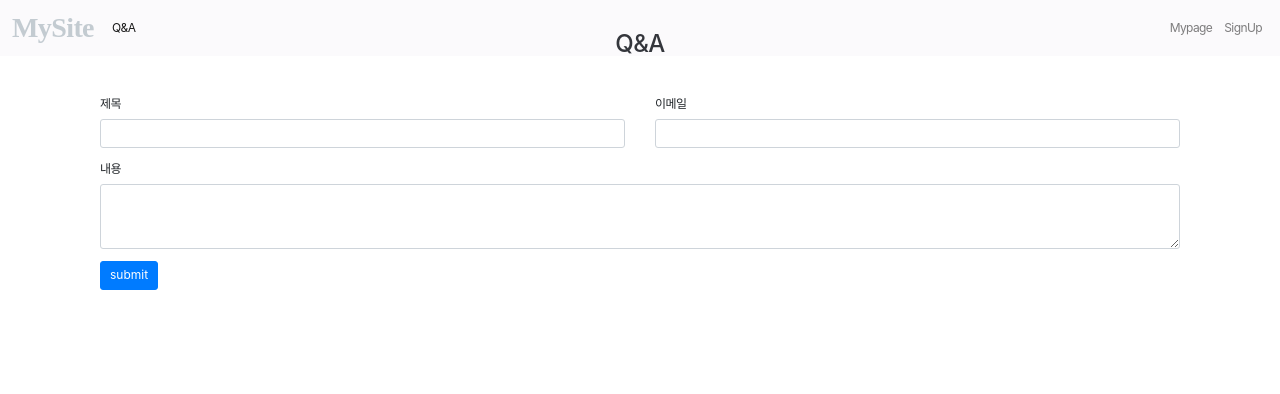
Repository: JungSWon/Project
Page: http://localhost/qna
The author's editor kept a record of every edit. The page is drawn from the files as they stood at one moment, then again after the next edit.
The browser window is 1280 px wide. The pictures show the whole page.
Some web fonts or font styles are not loaded; a fallback is used. The page is served by the project's application, run on Django 2.2 (pj05/manage.py).

Above is the page before.

After the next edit:
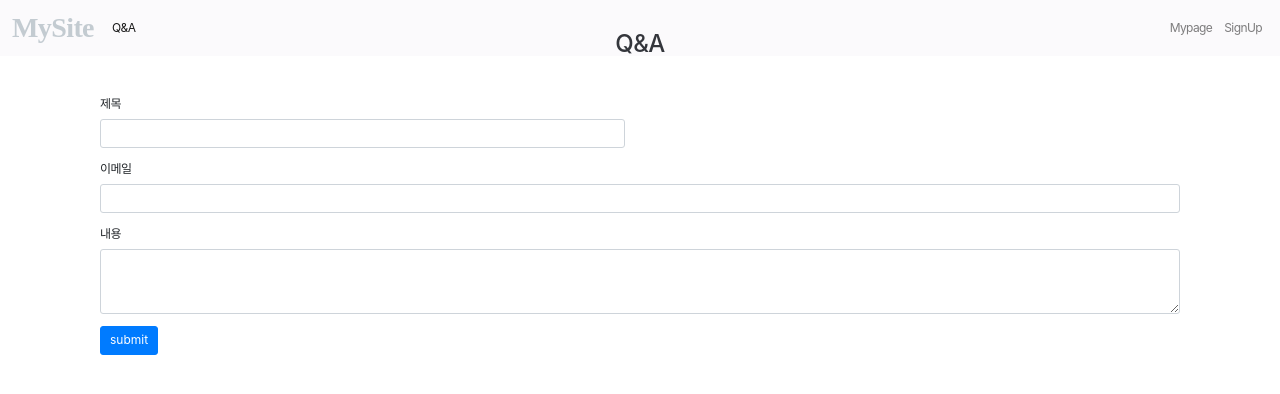
The edit:
--- a/05_detail/pj05/detail/templates/qna.html
+++ b/05_detail/pj05/detail/templates/qna.html
@@ -20,7 +20,7 @@
                   <input type="email" class="form-control" id="exampleFormControlInput1" >
                 </div>
 
-                <div class="col-6 form-group">
+                <div class=".col-lg-6 col-md-12 form-group">
                   <label for="exampleFormControlInput1">이메일</label>
                   <input type="email" class="form-control" id="exampleFormControlInput1" >
                 </div>
